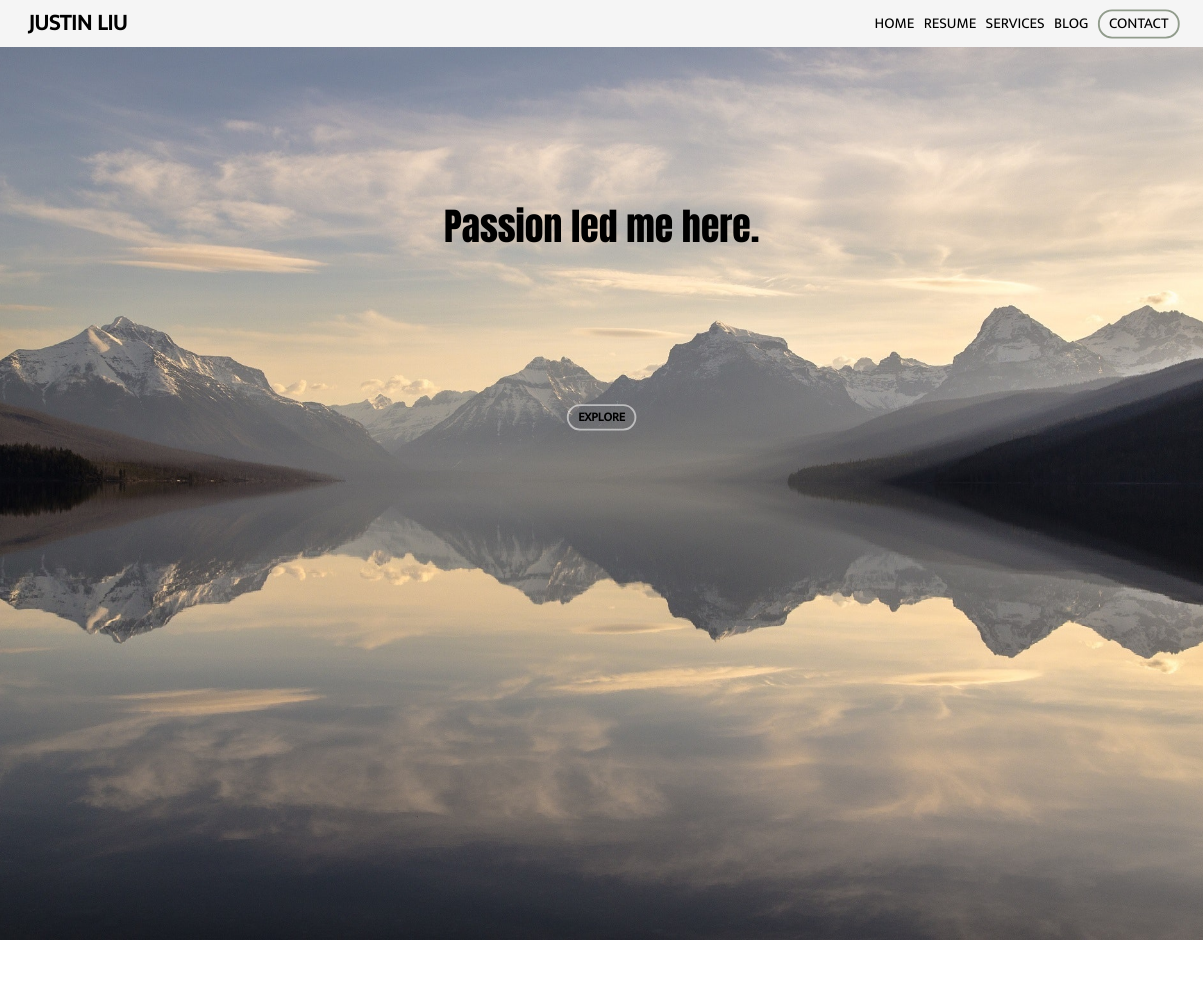
Repository: justinliu88/personal-projects
Page: index.html
An editor plug-in stored every save of this project. The page is shown before and after the next save, followed by the edit.
The browser window is 1280 px wide. The pictures show the whole page, at 94% of full size.
Some web libraries are served in a nearby version. The style sheet was rebuilt from its Sass, Less or Tailwind sources for each picture, by a compiler version that may differ from the author's.

Above is the page before, as saved 2020-03-17 13:34:27.

After the next save:
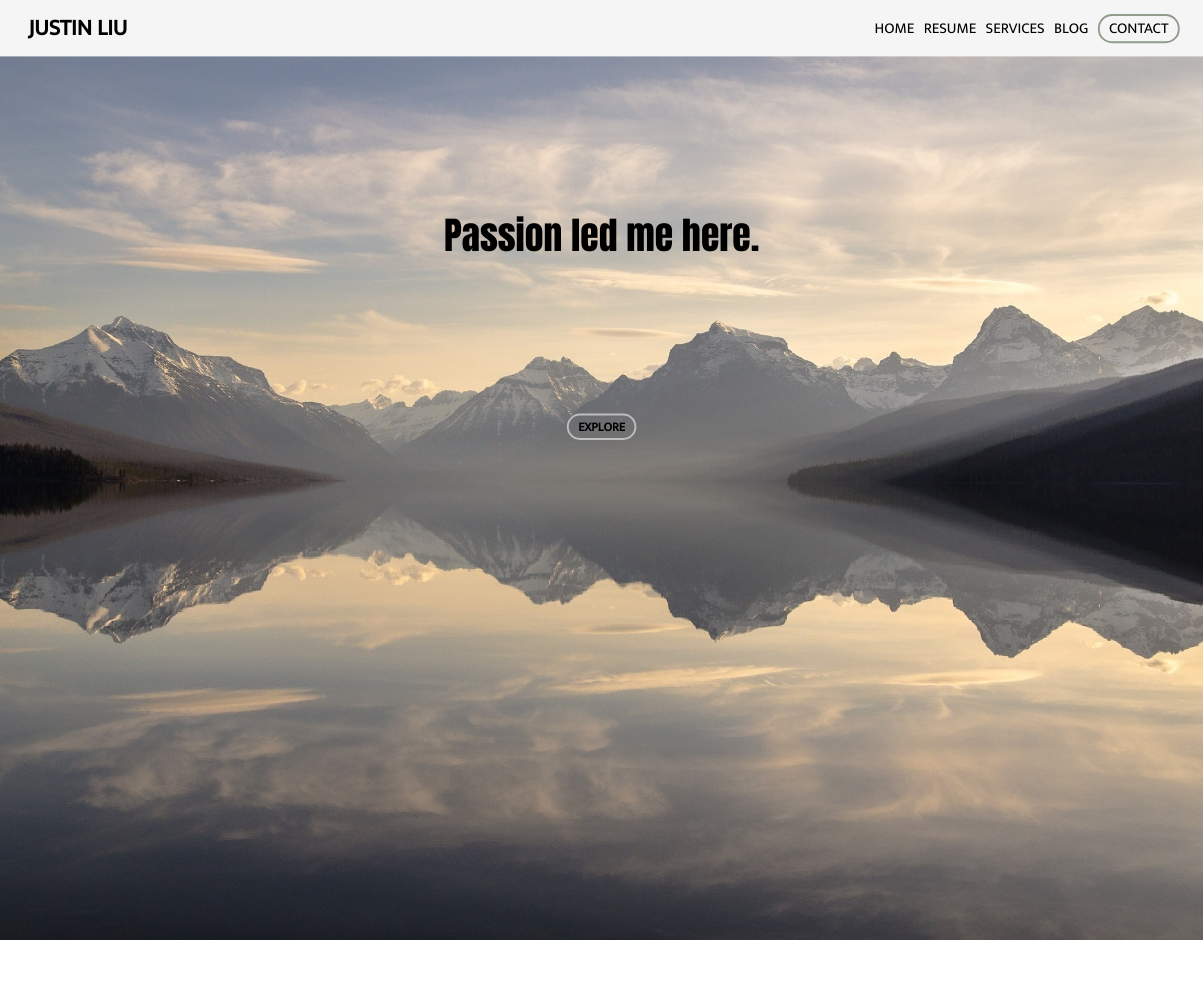
Saved 50 s later.
--- a/main.scss
+++ b/main.scss
@@ -9,7 +9,7 @@ body {
 
 .container-navbar {
     width: auto;
-    height: 50px;
+    height: 60px;
     display: flex;
     flex-direction: row;
     justify-content: space-between;
@@ -27,10 +27,10 @@ body {
         justify-content: center;
         padding-left: 30px;
         margin: 0px;
-        height: 50px;
+        height: 60px;
     }
     &__options {
-        height: 50px;
+        height: 60px;
         display: flex;
         flex-direction: row;
         list-style: none;
